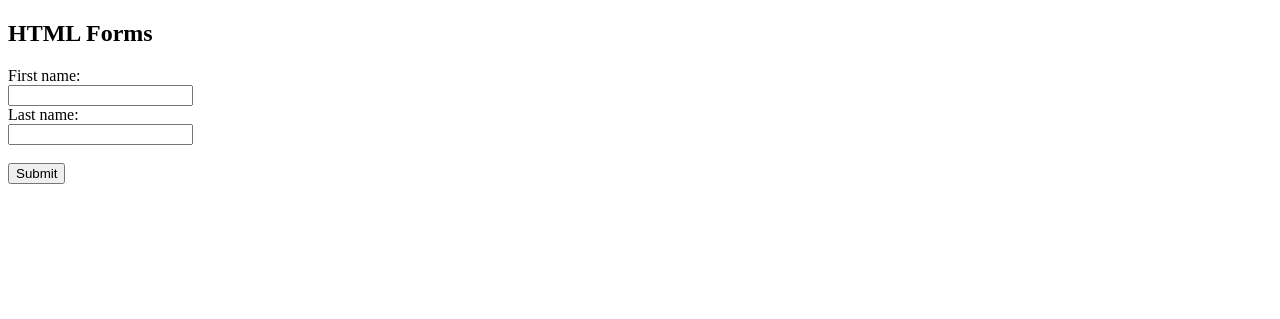
Repository: asifaftab87/advance-java
Page: http://localhost/first-web-project/
An editor plug-in stored every save of this project. The page is shown before and after the next save, followed by the edit.
The browser window is 1280 px wide. The pictures show the whole page.
The page is served by Tomcat 9.

Above is the page before, as saved 2020-07-26 13:14:58.

After the next save:
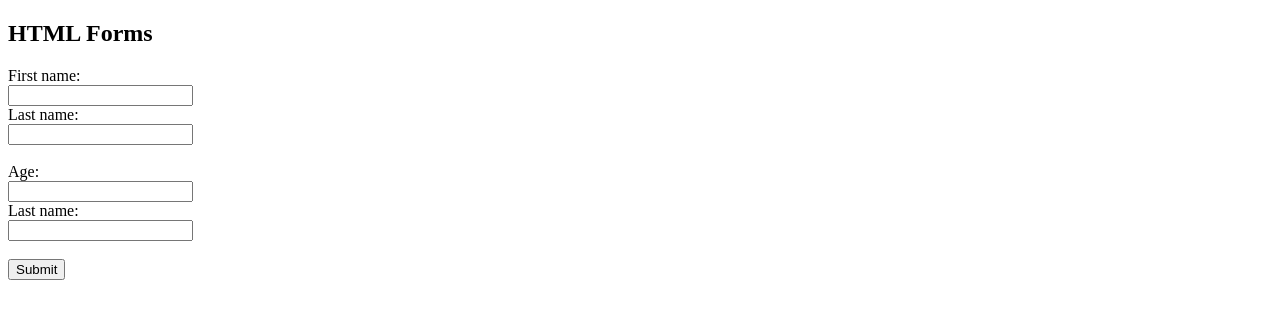
Saved 3 min 25 s later.
--- a/first-web-project/WebContent/index.jsp
+++ b/first-web-project/WebContent/index.jsp
@@ -16,6 +16,10 @@
 		  <input type="text" name="fname"><br>
 		  <label for="lname">Last name:</label><br>
 		  <input type="text" name="lname"><br><br>
+		  <label for="age">Age:</label><br>
+		  <input type="text" name="age"><br>
+		  <label for="pwd">Last name:</label><br>
+		  <input type="password" name="pwd"><br><br>
 		  <input type="submit" value="Submit">
 		</form>
 
